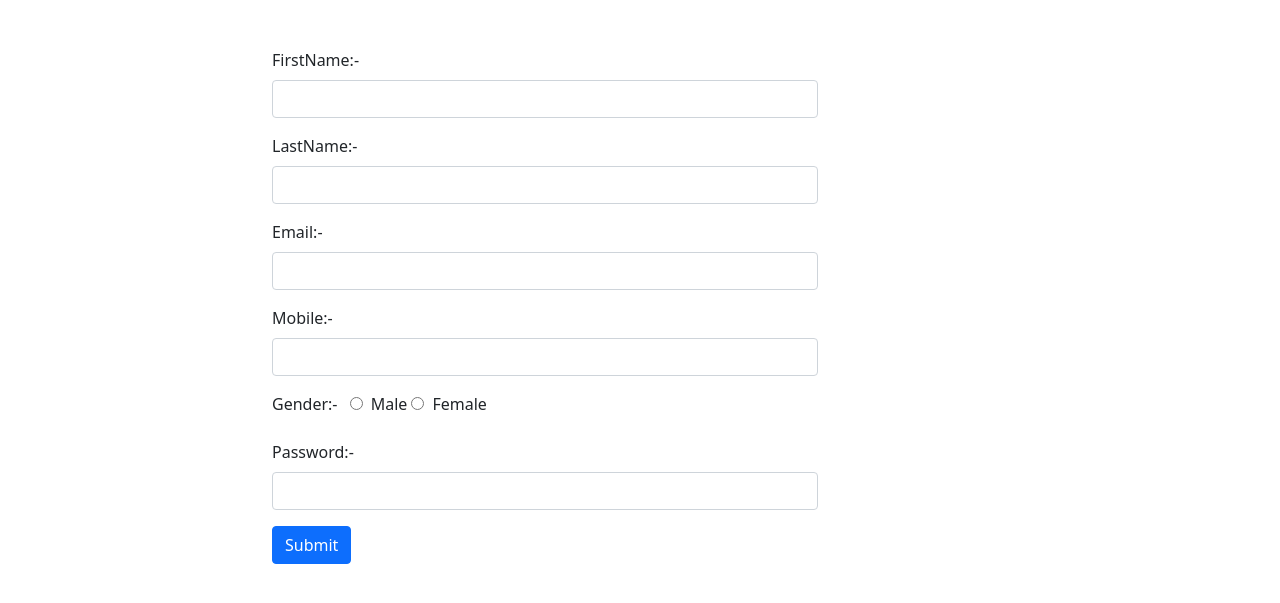
Repository: 2001Yogi/JavaWebAssignment
Page: http://localhost/ValidateJSP/
These files come from the project's save history. The page is drawn as it stood at one moment and after the next save; the edit follows.
The browser window is 1280 px wide. The pictures show the whole page.
The page is served by Tomcat 9.

Above is the page before, as saved 2024-09-18 08:13:26.

### ValidateJSP/src/main/webapp/index.jsp
<%@ page language="java" contentType="text/html; charset=ISO-8859-1"
	pageEncoding="ISO-8859-1"%>
<!DOCTYPE html>
<html>
<head>
<meta charset="ISO-8859-1">
<link
	href="https://cdn.jsdelivr.net/npm/bootstrap@5.0.2/dist/css/bootstrap.min.css"
	rel="stylesheet"
	integrity="sha384-EVSTQN3/azprG1Anm3QDgpJLIm9Nao0Yz1ztcQTwFspd3yD65VohhpuuCOmLASjC"
	crossorigin="anonymous">
<script
	src="https://cdn.jsdelivr.net/npm/bootstrap@5.0.2/dist/js/bootstrap.bundle.min.js"
	integrity="sha384-MrcW6ZMFYlzcLA8Nl+NtUVF0sA7MsXsP1UyJoMp4YLEuNSfAP+JcXn/tWtIaxVXM"
	crossorigin="anonymous"></script>
<script
	src="https://cdn.jsdelivr.net/npm/@popperjs/core@2.9.2/dist/umd/popper.min.js"
	integrity="sha384-IQsoLXl5PILFhosVNubq5LC7Qb9DXgDA9i+tQ8Zj3iwWAwPtgFTxbJ8NT4GN1R8p"
	crossorigin="anonymous"></script>
<script
	src="https://cdn.jsdelivr.net/npm/bootstrap@5.0.2/dist/js/bootstrap.min.js"
	integrity="sha384-cVKIPhGWiC2Al4u+LWgxfKTRIcfu0JTxR+EQDz/bgldoEyl4H0zUF0QKbrJ0EcQF"
	crossorigin="anonymous"></script>
<title>Student Form</title>
</head>
<body>
	<form action="RegisterServlet" method="post">
		<div class="container" >
			<div class="row mt-5">
				<div class="col-2"></div>
				<div class="col-6">
					<div class="mb-3">
						<label class="form-label">FirstName:-</label>
							<input type="text" class="form-control" name="fname">
					</div>
					<div class="mb-3">
						<label  class="form-label">LastName:-</label>
							<input type="text" class="form-control" name="lname">
					</div>
					<div class="mb-3">
						<label  class="form-label">Email:-</label>
							<input type="email" class="form-control" name="email">
					</div>
					<div class="mb-3">
						<label class="form-label">Mobile:-</label>
							<input type="number" class="form-control" name="mobile">
					</div>
					<div class="mb-3">
						<label class="me-2">Gender:-</label>
							<input type="radio"  name="gender"><label class=" ms-2 form-label">Male</label>
							<input type="radio" name="gender"><label class=" ms-2 form-label">Female</label>
					</div>
					<div class="mb-3">
						<label class="form-label">Password:-</label>
							<input type="password" class="form-control" name="pass">
					</div>

					<button type="submit" class="btn btn-primary" name="register">Submit</button>
				</div>
			</div>
		</div>
	</form>
</body>
</html>

After the next save:
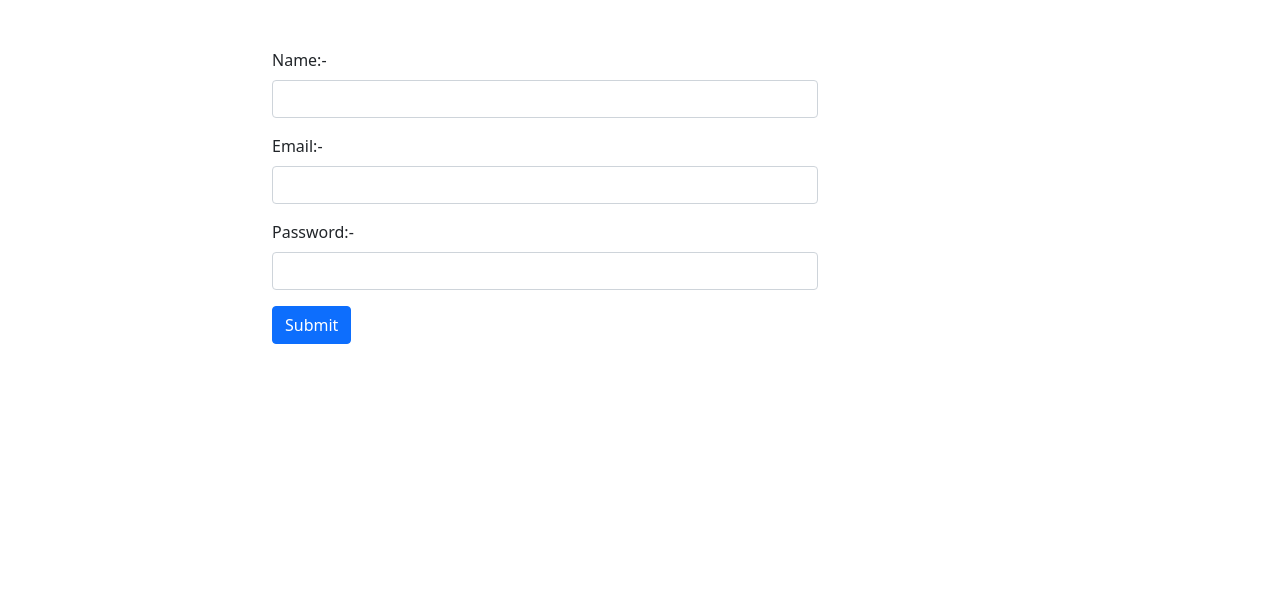
Saved 52 s later.
--- a/ValidateJSP/src/main/webapp/index.jsp
+++ b/ValidateJSP/src/main/webapp/index.jsp
@@ -30,25 +30,12 @@
 				<div class="col-2"></div>
 				<div class="col-6">
 					<div class="mb-3">
-						<label class="form-label">FirstName:-</label>
-							<input type="text" class="form-control" name="fname">
-					</div>
-					<div class="mb-3">
-						<label  class="form-label">LastName:-</label>
-							<input type="text" class="form-control" name="lname">
+						<label class="form-label">Name:-</label>
+							<input type="text" class="form-control" name="name">
 					</div>
 					<div class="mb-3">
 						<label  class="form-label">Email:-</label>
 							<input type="email" class="form-control" name="email">
-					</div>
-					<div class="mb-3">
-						<label class="form-label">Mobile:-</label>
-							<input type="number" class="form-control" name="mobile">
-					</div>
-					<div class="mb-3">
-						<label class="me-2">Gender:-</label>
-							<input type="radio"  name="gender"><label class=" ms-2 form-label">Male</label>
-							<input type="radio" name="gender"><label class=" ms-2 form-label">Female</label>
 					</div>
 					<div class="mb-3">
 						<label class="form-label">Password:-</label>
